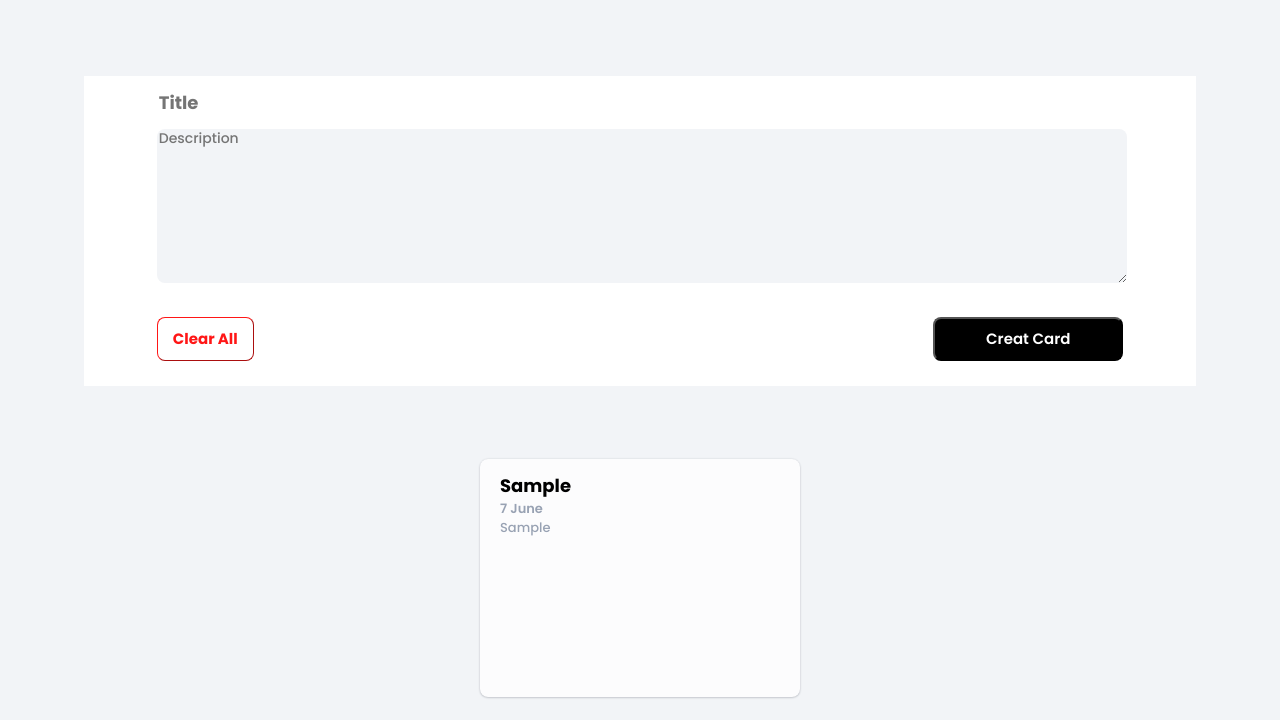
Repository: ReyhanehRahmani/TO-DO
Page: index.html
These files come from the project's save history. The page is drawn as it stood at one moment and after the next save; the edit follows.
The browser window is 1280 px wide. The pictures show the whole page.
Empty fields were first filled with sample values (such as "Sample", 5 or name@example.com).
After loading, the first visible `#creatbut` was clicked once.
Some web fonts or font styles are not loaded; a fallback is used.

Above is the page before, as saved 2025-06-08 10:56:39.

### index.html
<!DOCTYPE html>

<html lang="en">

    <head>

        <meta name="viewport" content="width=device-width, initial-scale=1.0" />

        <title>TO-DO</title>

        <link rel="icon" type="image/jpg" href="favicon.png">

        <link rel="stylesheet" href="style.css">

        <link rel="preconnect" href="https://fonts.googleapis.com">

        <link rel="preconnect" href="https://fonts.gstatic.com" crossorigin>

        <link href="https://fonts.googleapis.com/css2?family=Poppins:ital,wght@0,100;0,200;0,300;0,400;0,500;0,600;0,700;0,800;0,900;1,100;1,200;1,300;1,400;1,500;1,600;1,700;1,800;1,900&family=Sofia+Sans:ital,wght@0,1..1000;1,1..1000&display=swap" rel="stylesheet">

    </head>
    <body>
        <div id="main-card">
            <div id="content">
                <div >
                <div id="title">
                    <input type="text" id="titlebox" minlength="3" maxlength="30" placeholder="Title">
                </div>
                <div id="description">
                    <textarea type="text" id="descriptionbox" maxlength="200" placeholder="Description"></textarea>
                </div>
                </div>

                <div id="buttons">
                    <div id="clear"><button id="clearbut">Clear All</button></div>
                    <div id="creat"><button id="creatbut">Creat Card</button></div>
                </div>
            </div>
        </div>
        <div id="cardsContainer"></div>
        <script src="script.js"></script>
    </body>

### style.css
body{
    background-color: #F2F4F7;
}



#main-card{
    margin-left: 6%;
    margin-right: 6%;
    margin-top: 6%;
    background-color: #FFFFFF;
}

#content{
    margin-right: 6.557377049%;
    margin-left: 6.557377049%;
    margin-top: 6.557377049%;
    margin-bottom: 6.557377049%;
}

#titlebox{
    font-family: Poppins;
    font-weight: 700;
    font-size: 18px;
    line-height: 150%;
    letter-spacing: -2%;
    border: none;
    width: 100%;
    height: 51px;
}

#descriptionbox{
    border: none;
    width: 100%;
    font-family: 'Poppins';
    font-weight: 500;
    font-size: 14px;
    line-height: 100%;
    letter-spacing: -3%;
    height: 150px;
    border-radius: 8px;
    background: #F2F4F7;

}

#content{
    display: flex;
    flex-direction: column;
    justify-content: space-between;
    gap: 30px;
}

#buttons{
    display: flex;
    justify-content: space-between;
    gap: 12px;
    margin-bottom: 25px;
}

#clear{
    text-align: center;
    justify-content: center;
}

#clearbut{
    height: 44px;
    border-radius: 8px;
    border-width: 1.4px;
    border-color: #FF1616;
    background-color: #FFFFFF;
    font-family: 'Poppins';
    font-weight: 700;
    font-size: 15px;
    line-height: 100%;
    letter-spacing: -3%;
    color: #FF1616;
    white-space: nowrap;
    width: 97px;

}

#creat{
    text-align: center;
    justify-content: center;
}

#creatbut{
    height: 44px;
    border-radius: 8px;
    background: #000000;
    font-family: 'Poppins';
    font-weight: 600;
    font-size: 15px;
    line-height: 100%;
    letter-spacing: -3%;
    color: #FFFFFF;
    width: 190px;

}

.cardsContainer{
    justify-content: center;
}


.card {
    width: 320px;
    height: 238px;
    border-radius: 8px;
    background: #FCFCFD;
    box-shadow: 0px 0.5px 2px 0px #1018284D;
    justify-self: center;
    position: relative;
}


.cardTitle{
    font-family: 'Poppins';
    font-weight: 700;
    font-size: 18px;
    line-height: 150%;
    letter-spacing: -2%;
    margin-left: 6.25%;
    padding-top: 4.1%;


}

.cardDate{
    font-family: 'Poppins';
    font-weight: 600;
    font-size: 13px;
    line-height: 150%;
    letter-spacing: -2%;
    margin-left: 6.25%;
    color: #98A2B3;

}

.cardDesc{
    font-family: Poppins;
    font-weight: 500;
    font-size: 13px;
    line-height: 150%;
    letter-spacing: -2%;
    color: #98A2B3;
    margin-left: 6.25%;

}

### script.js
document.getElementById("creatbut").onclick = function () {

    const title = document.getElementById("titlebox").value.trim();
    const desc = document.getElementById("descriptionbox").value.trim();

    const card = document.createElement("div");
    card.classList.add("card");

    const cardItems =document.createElement("div");
    card.classList.add("cardItem");

    card.appendChild(cardItems);

    const titleElem = document.createElement("div");
    titleElem.classList.add("cardTitle");
    titleElem.textContent = title;

    const dateElem = document.createElement("div");
    dateElem.classList.add("cardDate");

    const now = new Date();
    const day = now.getDate();
    const monthNames = ["January", "February", "March", "April", "May", "June","July", "August", "September", "October", "November", "December"];

    const month = monthNames[now.getMonth()];

    const formattedDate = day + " " + month;

    dateElem.textContent = formattedDate;

    const descElem = document.createElement("div");
    descElem.classList.add("cardDesc");
    descElem.textContent = desc;

    cardItems.appendChild(titleElem);
    cardItems.appendChild(dateElem);
    cardItems.appendChild(descElem);

    document.getElementById("cardsContainer").appendChild(card);

    document.getElementById("titlebox").value = "";
    document.getElementById("descriptionbox").value = "";
};

After the next save:
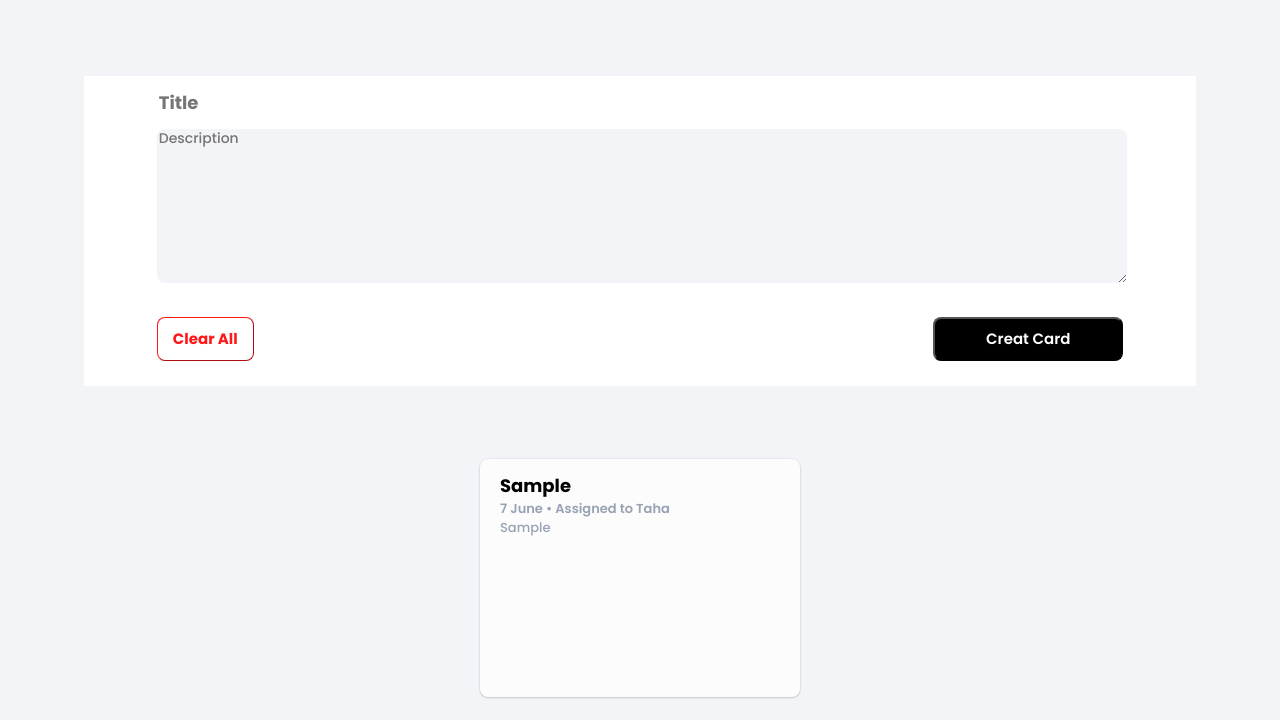
Saved 80 s later.
--- a/script.js
+++ b/script.js
@@ -26,7 +26,7 @@ document.getElementById("creatbut").onclick = function () {
 
     const formattedDate = day + " " + month;
 
-    dateElem.textContent = formattedDate;
+    dateElem.textContent = formattedDate + " • " + " Assigned to Taha ";
 
     const descElem = document.createElement("div");
     descElem.classList.add("cardDesc");
